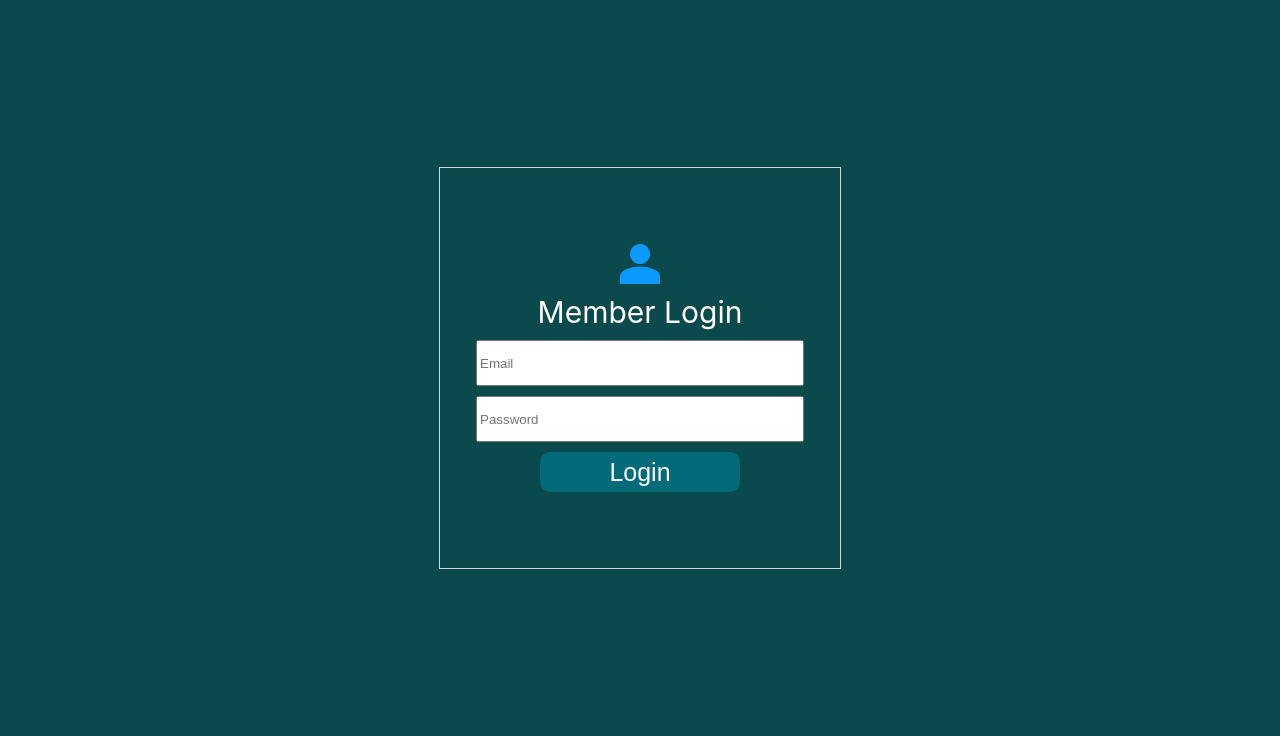
Repository: sheddy1/peter1
Page: work2.html
The author's editor kept a copy of each file at every save. The page is drawn from the files as they stood at one save, then again after the next save.
The browser window is 1280 px wide. The pictures show the whole page.

Above is the page before, as saved 2025-11-08 15:53:25.

### work2.html
<!DOCTYPE html>
<html lang="en">
<head>
    <meta charset="UTF-8">
    <meta name="viewport" content="width=device-width, initial-scale=1.0">
    <title>peters work1</title>
    <link rel="stylesheet" href="work2.css">
    <style>

    </style>
</head>
<body>
    <div class="login-box">
        <img src="Vector.png" alt="" class="vector">

        <text class="mem">Member Login</text>

        <input type="text" class="text1" placeholder="Email">

        <input type="password" class="text1" placeholder="Password">

        <button class="btn1">Login</button>
    </div>
</body>
</html>

### work2.css
body {
    background-color: #0A494C;
    display: flex;
    justify-content: center;
    align-items: center;
    min-height: 100vh;
    font-family: inter;
}

.login-box {
    border: 1px solid #D9D9D9;
    width: 400px;
    height: 400px;
    display: flex;
    justify-content: center;
    align-items: center;
    flex-direction: column;
    gap: 10px;
}

.vector{
    height: 40px;
    width: 40px;
}

.mem{
    color: #FFFFFF;
    font-family: inter;
    font-size: 30px;
    ;
}

.text1{
    width: 80%;
    height: 40px;
    color: #1E1E1E;
}

.btn1{
    background-color: #026A79;
    border: none;
    width: 50%;
    height: 40px;
    color: #FFFFFF;
    border-radius: 10px;
    font-size: 25px;
}

After the next save:
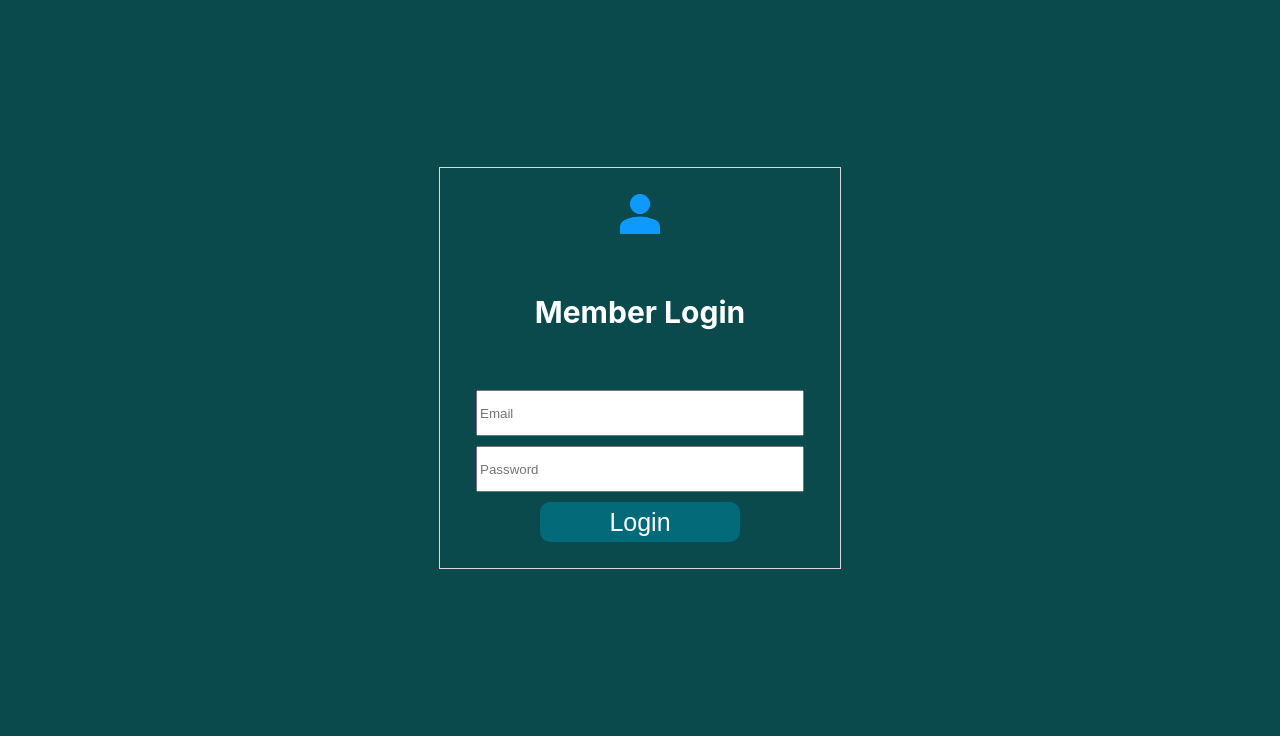
Saved 17 s later.
--- a/work2.html
+++ b/work2.html
@@ -13,7 +13,7 @@
     <div class="login-box">
         <img src="Vector.png" alt="" class="vector">
 
-        <text class="mem">Member Login</text>
+        <h5 class="mem">Member Login</h5>
 
         <input type="text" class="text1" placeholder="Email">
 

After the save that followed:
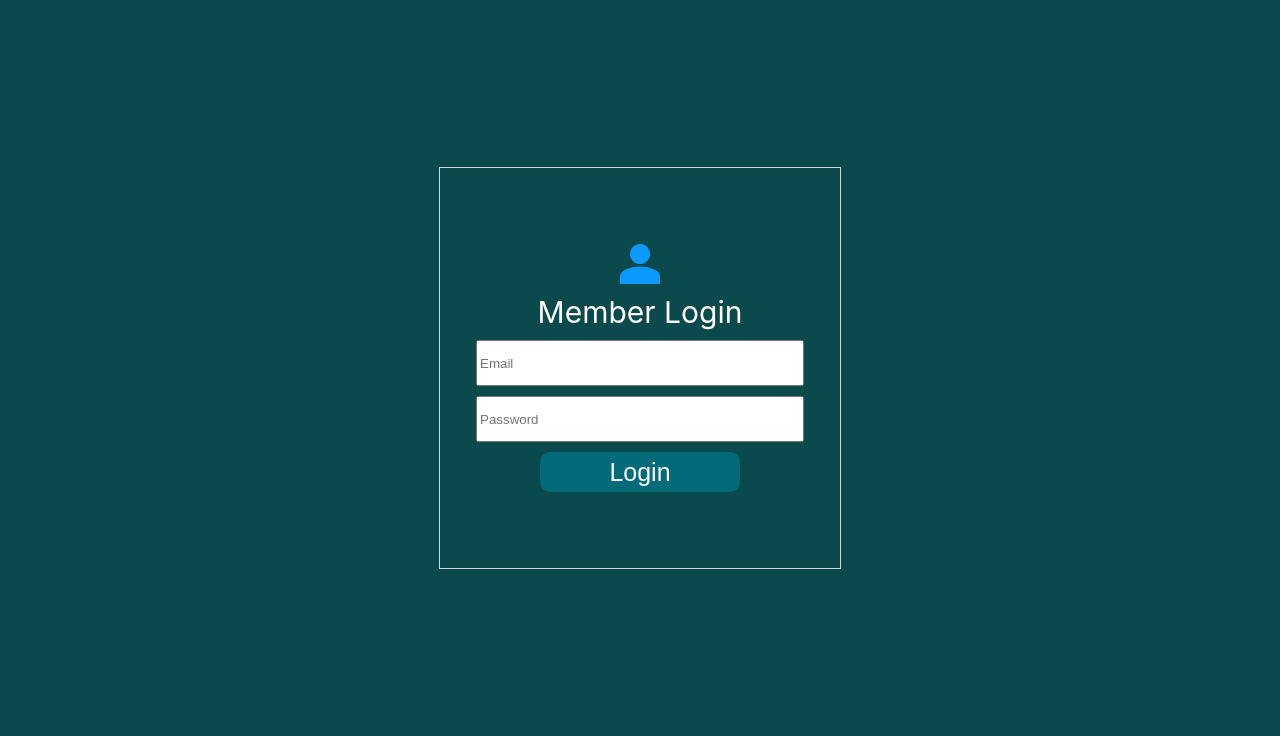
Saved 27 s later.
--- a/work2.html
+++ b/work2.html
@@ -13,7 +13,7 @@
     <div class="login-box">
         <img src="Vector.png" alt="" class="vector">
 
-        <h5 class="mem">Member Login</h5>
+        <peter class="mem">Member Login</peter>
 
         <input type="text" class="text1" placeholder="Email">
 
